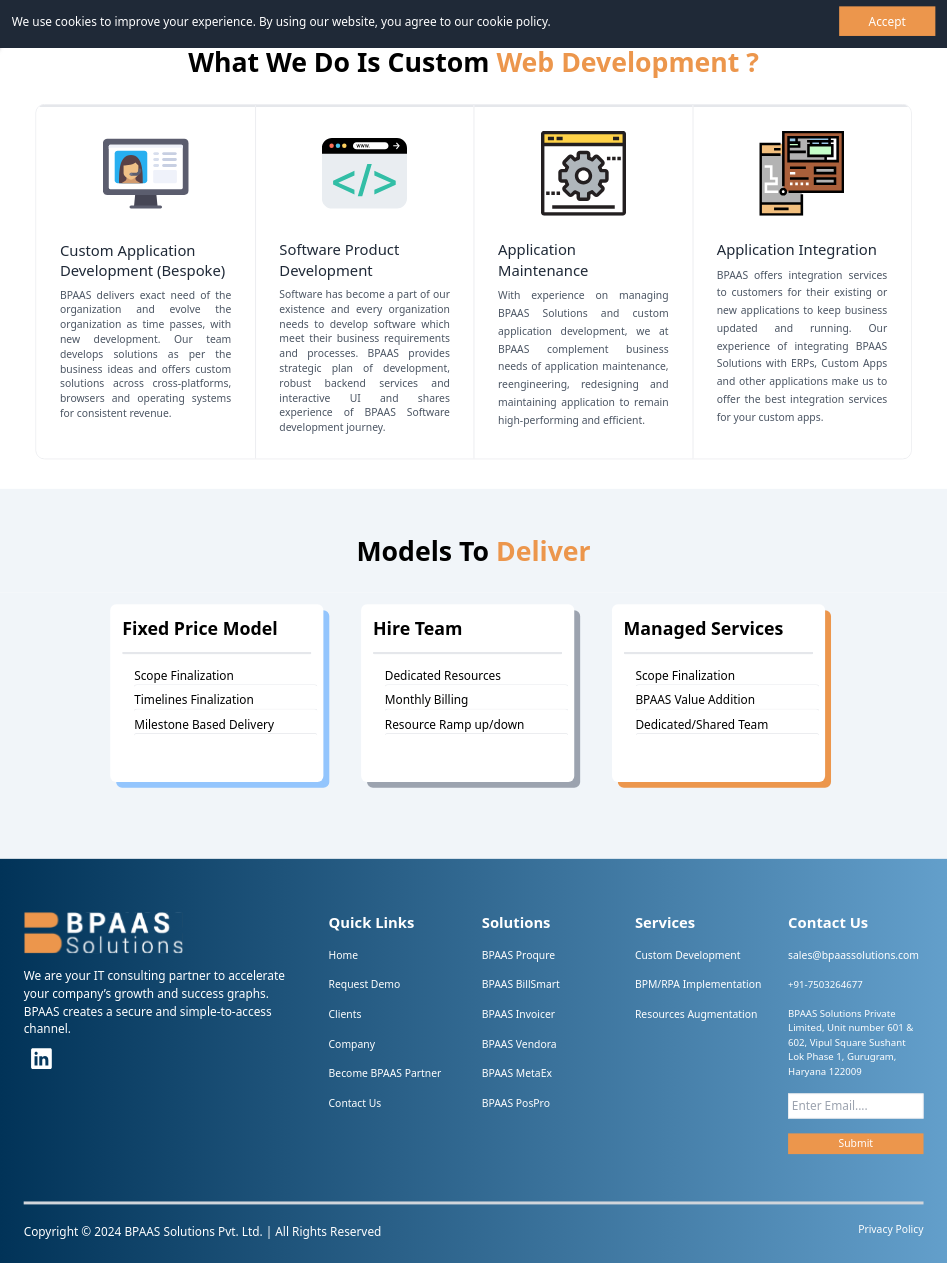
Repository: captainalpha/BP-Website
Page: /services/bp-services
An editor plug-in stored every save of this project. The page is shown before and after the next save, followed by the edit.
The browser window is 1280 px wide. The pictures show the part of the page from y = 656 to 2375 px (the page is 2363 px tall before and 2375 px after), at 74% of full size.
The project was rebuilt for these pictures with package versions that can differ from the ones it lists, and the page was loaded fresh each time. The framework's server and built-in components were replaced by stand-ins that run in the browser. Also part of the build but not shown: next.config.js, components/common/TopBanner.js.

Above is the page before, as saved 2024-08-13 14:27:12.

### pages/_app.js
import Navbar from "../components/common/Navbar";
import "../styles/globals.css";
import Footer from "../components/common/Footer";

import "swiper/css";
import "swiper/css/navigation";
import "swiper/css/pagination";



import { motion, AnimatePresence } from "framer-motion";
import CookiesMain from "../components/common/CookiesMain";

// import styles from './slider.module.scss'
function MyApp({ Component, pageProps, router }) {
  const spring = {
    type: "spring",
    damping: 20,
    stiffness: 100,
    when: "afterChildren",
  };
  return (
    <>
      <div className="z-50 scroll-smooth">
        <Navbar />
      </div>
      <AnimatePresence>
        <div className="page-transition-wrapper">
          <motion.div
            transition={spring}
            key={router.pathname}
            initial={{ y: -300, opacity: 0 }}
            animate={{ y: 0, opacity: 1 }}
            exit={{ y: 300, opacity: 0 }}
            id="page-transition-container"
          >
            <Component {...pageProps} /> <Footer />{" "}
            <CookiesMain/>
          </motion.div>
        </div>
      </AnimatePresence>
    </>
  );
}

export default MyApp;

### pages/services/bp-services.js
import TopBanner from "../../components/common/TopBanner";
import SectionHeader from "../../components/common/SectionHeader";
import TopBanner2 from "../../components/common/TopBanner2";

function BpServices() {
  return (
    <div>
      <TopBanner2
        image={"/images/policy-service2.jpg"}
        title="Services"
        discription="This Privacy Policy explains how we collect, use, disclose, and safeguard your information when you visit our website."
        btnShow={false}
      />
      <SectionHeader title="What we do is Custom " cTitle="Web Development ?" />
      {/* <hr className="pb-2 pt-0 rounded-4xl border-t-4 w-3/5 m-auto" /> */}
      <div className="py-0 overflow-hidden">
        <div className="container m-auto px-6 space-y-8 text-gray-500 md:px-12 pb-10">
          {/* <div>
            <span className="text-gray-600 text-lg font-semibold">Main features</span>
            <h2 className="mt-4 text-2xl text-gray-900 font-bold md:text-4xl">A technology-first approach to payments <br className="lg:block" hidden/> and finance</h2>
        </div> */}

          <div className=" grid border md:gap-0 gap-6  divide-x divide-y rounded-xl overflow-hidden sm:grid-cols-2 lg:divide-y-0 lg:grid-cols-2 xl:grid-cols-4">
            <div className="relative group bg-white transition hover:z-[1] hover:shadow-2xl">
              <div className="relative p-8 space-y-8 border-t-[3px] hover:border-orange">
                <img
                  // src="https://img.freepik.com/free-vector/customer-satisfaction-vector-banner_1325-2767.jpg?w=826"
                  src="/svg/customer-dev.svg"
                  className="w-1/2 mx-auto"
                  width="350"
                  height="350"
                  alt="customer-developement"
                />

                <div className="space-y-2">
                  <h5 className="text-xl text-gray-800 font-medium transition group-hover:text-yellow-600">
                    Custom Application Development (Bespoke)
                  </h5>
                  <p className="text-sm text-gray-600 text-justify font-medium">
                    BPAAS delivers exact need of the organization and evolve the
                    organization as time passes, with new development. Our team
                    develops solutions as per the business ideas and offers
                    custom solutions across cross-platforms, browsers and
                    operating systems for consistent revenue.
                  </p>
                </div>
                {/* <a href="#" className="flex justify-between items-center group-hover:text-yellow-600">
                        <span className="text-sm">Read more</span>
                        <span className="-translate-x-4 opacity-0 text-2xl transition duration-300 group-hover:opacity-100 group-hover:translate-x-0">&RightArrow;</span>
                    </a> */}
              </div>
            </div>
            <div className="relative group bg-white transition hover:z-[1] hover:shadow-2xl">
              <div className="relative p-8 space-y-8 border-t-[3px] hover:border-orange">
                <img
                  // src="https://img.freepik.com/free-vector/customer-satisfaction-vector-banner_1325-2767.jpg?w=826"
                  src="/svg/software-dev.svg"
                  className="w-1/2 mx-auto"
                  width="350"
                  height="350"
                  alt="burger illustration"
                />

                <div className="space-y-2">
                  <h5 className="text-xl text-gray-800 font-medium transition group-hover:text-yellow-600">
                    Software Product Development
                  </h5>
                  <p className="text-sm text-gray-600 text-justify font-medium">
                    Software has become a part of our existence and every
                    organization needs to develop software which meet their
                    business requirements and processes. BPAAS provides
                    strategic plan of development, robust backend services and
                    interactive UI and shares experience of BPAAS Software
                    development journey.
                  </p>
                </div>
                {/* <a href="#" className="flex justify-between items-center group-hover:text-yellow-600">
                        <span className="text-sm">Read more</span>
                        <span className="-translate-x-4 opacity-0 text-2xl transition duration-300 group-hover:opacity-100 group-hover:translate-x-0">&RightArrow;</span>
                    </a> */}
              </div>
            </div>
            <div className="relative group bg-white transition hover:z-[1] hover:shadow-2xl">
              <div className="relative p-8 space-y-8 border-t-[3px] hover:border-orange">
                <img
                  // src="https://img.freepik.com/free-vector/customer-satisfaction-vector-banner_1325-2767.jpg?w=826"
                  src="/svg/application-maintenance.svg"
                  className="w-1/2 mx-auto"
                  width="350"
                  height="350"
                  alt="burger illustration"
                />

                <div className="space-y-2">
                  <h5 className="text-xl text-gray-800 font-medium transition group-hover:text-yellow-600">
                    Application Maintenance
                  </h5>
                  <p className="text-sm text-gray-600 text-justify font-medium leading-6">
                    With experience on managing BPAAS Solutions and custom
                    application development, we at BPAAS complement business
                    needs of application maintenance, reengineering, redesigning
                    and maintaining application to remain high-performing and
                    efficient.
                  </p>
                </div>
                {/* <a href="#" className="flex justify-between items-center group-hover:text-yellow-600">
                        <span className="text-sm">Read more</span>
                        <span className="-translate-x-4 opacity-0 text-2xl transition duration-300 group-hover:opacity-100 group-hover:translate-x-0">&RightArrow;</span>
                    </a> */}
              </div>
            </div>
            <div className="relative group bg-white transition hover:z-[1] hover:shadow-2xl">
              <div className="relative p-8 space-y-8 border-t-[3px] hover:border-orange">
                <img
                  // src="https://img.freepik.com/free-vector/customer-satisfaction-vector-banner_1325-2767.jpg?w=826"
                  src="/svg/app-integration.svg"
                  className="w-1/2 mx-auto "
                  width="350"
                  height="350"
                  alt="app-integration"
                />

                <div className="space-y-2">
                  <h5 className="text-xl text-gray-800 font-medium transition group-hover:text-yellow-600">
                    Application Integration
                  </h5>
                  <p className="text-sm text-gray-600 text-justify font-medium leading-6">
                    BPAAS offers integration services to customers for their
                    existing or new applications to keep business updated and
                    running. Our experience of integrating BPAAS Solutions with
                    ERPs, Custom Apps and other applications make us to offer
                    the best integration services for your custom apps.
                  </p>
                </div>
                {/* <a href="#" className="flex justify-between items-center group-hover:text-yellow-600">
                        <span className="text-sm">Read more</span>
                        <span className="-translate-x-4 opacity-0 text-2xl transition duration-300 group-hover:opacity-100 group-hover:translate-x-0">&RightArrow;</span>
                    </a> */}
              </div>
            </div>
          </div>
        </div>
      </div>

      <div className="bg-slate-100">
        <SectionHeader title="Models to " cTitle=" Deliver" />
        {/* <hr className="pb-2 pt-0 rounded-4xl border-t-4 w-52 m-auto" /> */}
      </div>

      <div className=" bg-slate-100">
        <div className="container mx-auto max-w-5xl">
          <div className="space-y-10 sm:space-y-0 sm:grid sm:grid-cols-2 lg:grid-cols-3 md:gap-10 px-12 pb-12 pt-6 sm:p-6 lg:pb-24 justify-center items-center">
            <div className="relative">
              <div className="bg-blue-300 w-72 h-60 rounded-lg mx-auto">
                <div className="bg-white w-72 h-60 -m-2 hover:m-0 absolute rounded-lg shadow-lg hover:shadow-2xl transition-all duration-150 ease-out hover:ease-in ">
                  <h1 className="m-4 text-lg md:text-2xl font-bold">
                    Fixed Price Model
                  </h1>
                  <hr className="m-4 rounded-2xl border-t-4" />
                  {/* <p className="m-4 text-sm">Lorem Ipsum is slechts een proeftekst uit het drukkerij- en zetterijwezen. Lorem Ipsum is de standaard proeftekst in deze bedrijfstak sinds de 16e eeuw, toen een onbekende drukker een zethaak</p> */}
                  <ul className="list-none hover:list-disc ml-6 px-2">
                    <li className="font-medium">Scope Finalization </li>
                    <hr className="pb-2 rounded-2xl border-t-1" />
                    <li className="font-medium">Timelines Finalization </li>
                    <hr className="pb-2 rounded-2xl border-t-1" />
                    <li className="font-medium">Milestone Based Delivery </li>
                    <hr className="pb-2 rounded-2xl border-t-1" />
                  </ul>
                </div>
              </div>
            </div>

            <div className="relative">
              <div className="bg-gray-400 w-72 h-60 rounded-lg mx-auto">
                <div className="bg-white w-72 h-60 -m-2 hover:m-0 absolute rounded-lg shadow-lg hover:shadow-2xl transition-all duration-150 ease-out hover:ease-in ">
                  <h1 className="m-4 text-lg md:text-2xl font-bold">
                    Hire Team
                  </h1>
                  <hr className="m-4 rounded-2xl border-t-4" />
                  {/* <p className="m-4 text-sm">Lorem Ipsum is slechts een proeftekst uit het drukkerij- en zetterijwezen. Lorem Ipsum is de standaard proeftekst in deze bedrijfstak sinds de 16e eeuw, toen een onbekende drukker een zethaak</p> */}
                  <ul className="list-none hover:list-disc ml-6 px-2">
                    <li className="font-medium">Dedicated Resources </li>
                    <hr className="pb-2 rounded-2xl border-t-1" />
                    <li className="font-medium">Monthly Billing</li>
                    <hr className="pb-2 rounded-2xl border-t-1" />
                    <li className="font-medium">Resource Ramp up/down</li>
                    <hr className="pb-2 rounded-2xl border-t-1" />
                  </ul>
                </div>
              </div>
            </div>

            <div className="relative">
              <div className="bg-orange w-72 h-60 rounded-lg mx-auto">
                <div className="bg-white w-72 h-60 -m-2 hover:m-0 absolute rounded-lg shadow-lg hover:shadow-2xl transition-all duration-150 ease-out hover:ease-in ">
                  <h1 className="m-4 text-lg md:text-2xl font-bold">
                    Managed Services
                  </h1>
                  <hr className="m-4 rounded-2xl border-t-4" />
                  {/* <p className="m-4 text-sm">Lorem Ipsum is slechts een proeftekst uit het drukkerij- en zetterijwezen. Lorem Ipsum is de standaard proeftekst in deze bedrijfstak sinds de 16e eeuw, toen een onbekende drukker een zethaak</p> */}
                  <ul className="list-none hover:list-disc ml-6 px-2">
                    <li className="font-medium">Scope Finalization </li>
                    <hr className="pb-2 rounded-2xl border-t-1" />
                    <li className="font-medium">BPAAS Value Addition</li>
                    <hr className="pb-2 rounded-2xl border-t-1" />
                    <li className="font-medium">Dedicated/Shared Team</li>
                    <hr className="pb-2 rounded-2xl border-t-1" />
                  </ul>
                </div>
              </div>
            </div>
          </div>
        </div>
      </div>
    </div>
  );
}

export default BpServices;

### styles/globals.css
@tailwind base;
@tailwind components;
@tailwind utilities;

.mySwiper {
  padding: 0 3rem;
}
.swiper-button-next {
  color: white;
  font-size: 20px !important;
}
.swiper-button-prev {
  color: white;
  font-size: 20px !important;
}
.swiper-button-prev:after {
  color: white;
  font-size: 20px !important;
}
.swiper-button-next:after {
  color: white;
  font-size: 20px !important;
}
.container-bpaas{
  max-width: 1100px;
}

/* .swiper-button-prev {

  background-image: url("data:[embedded picture, 251 characters]");
} */
.swiper-button-prev:after {

  border: 2px solid white;
  border-radius: 30%;
  /* width: 25%; */
  background: #ec964c;
  padding: 20%;
}
/* .swiper-button-next {
  background-image: url("data:[embedded picture, 251 characters]");
} */
.swiper-button-next:after {

  border: 2px solid white;
  border-radius: 30%;
  /* width: 25%; */
  background: #ec964c;
  padding: 20%;
}

@media only screen and (max-width: 600px) {
  .swiper-button-next:after {
    display: none;
  }
}
@media only screen and (max-width: 600px) {
  .swiper-button-prev:after {
    display: none;
  }
}




/*OEM Modal */
@layer utilities {
  @keyframes modalOpen {
    0% {
      clip-path: polygon(0 0, 0 0, 0 100%, 0 100%);
      opacity: 0;
    }
    100% {
      clip-path: polygon(0 0, 100% 0, 100% 100%, 0 100%);
      opacity: 1;
    }
  }

  @keyframes modalClose {
    0% {
      clip-path: polygon(0 0, 100% 0, 100% 100%, 0 100%);
      opacity: 1;
    }
    100% {
      clip-path: polygon(50% 0, 50% 0, 50% 100%, 50% 100%);
      opacity: 0;
    }
  }

  .animate-modalOpen {
    animation: modalOpen 0.5s forwards;
  }

  .animate-modalClose {
    animation: modalClose 0.5s forwards;
  }

  .custom-aspect-ratio {
    box-shadow: rgba(149, 157, 165, 0.2) 0px 8px 24px;
    aspect-ratio: 3 / 2;
  }
}

### components/common/CookiesMain.js
import { useState, useEffect } from 'react';
import Cookies from 'js-cookie';


const CookiesMain = () => {
    const [showBanner, setShowBanner] = useState(false);

  useEffect(() => {
    const consent = Cookies.get('cookie-consent');
    if (!consent) {
      setShowBanner(true);
    }
  }, []);

  const acceptCookies = () => {
    Cookies.set('cookie-consent', 'true', { expires: 365 });
    setShowBanner(false);
  };

  if (!showBanner) return null;
  return (
    <>

    <div className="fixed bottom-0 left-0 right-0 bg-gray-800 text-white p-4 flex justify-between items-center z-50">
      <span>We use cookies to improve your experience. By using our website, you agree to our cookie policy.</span>
      <button
        onClick={acceptCookies}
        className="bg-orange text-white px-4 md:px-10 py-2"
      >
        Accept
      </button>
    </div>

    </>
  )
}
export default CookiesMain

### components/common/SectionHeader.js
function SectionHeader({ title, discription, cTitle }) {
  return (
    <div className="pt-16 pb-0 px-5  md:px-10    flex flex-col justify-center items-center text-center space-y-3">
      <h1 className="lg:text-4xl text-2xl capitalize font-bold">
        {title}
        <span className="text-orange">{cTitle}</span>
      </h1>
      <p className="text-lg text-orange font-bold font-serif  md:pb-6 ">
        {discription}
      </p>
    </div>
  );
}

export default SectionHeader;

### components/common/TopBanner2.js
import Link from "next/link";
function TopBanner2({ image, title, discription, onClick,btnShow}) {
  return (
    <div
      style={{ backgroundImage: `url(${image})` }}
      className={`lg:h-[80vh] h-[60vh] mt-20 w-full text-white flex p-10 items-center bg-no-repeat bg-cover `}
    >
      <div className="space-y-4 lg:w-1/2  md:text-left">
        <h1 className="lg:text-5xl text-3xl font-bold capitalize ">{title}</h1>
        <p className="w-full lg:text-xl lg:text-justify tracking-tighter">
          {discription}
        </p>
    {btnShow&&(
        <Link passHref href="/request-demo">
          <button className="px-8 py-2  border-white border-2 hover:bg-orange font-medium text-xl">
            Request Demo
          </button>
        </Link>
    )}
      </div>
    </div>
  );
}

export default TopBanner2;

Loaded but not shown: components/common/Navbar.js (726 lines, source omitted); components/common/Footer.js (194 lines, source omitted); tailwind.config.js (61 lines, source omitted)

After the next save:
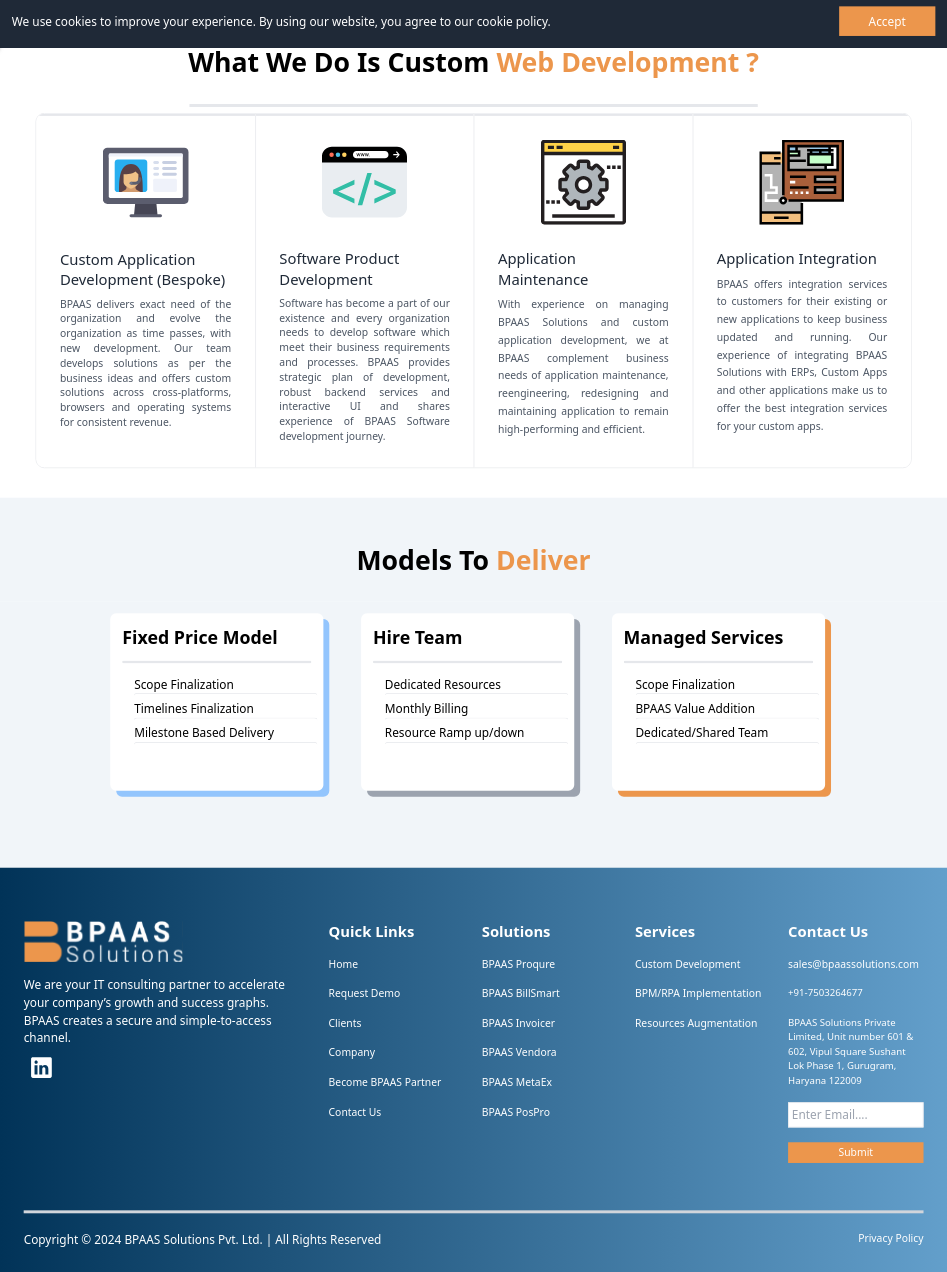
Saved 19 s later.
--- a/pages/services/bp-services.js
+++ b/pages/services/bp-services.js
@@ -12,7 +12,7 @@
         btnShow={false}
       />
       <SectionHeader title="What we do is Custom " cTitle="Web Development ?" />
-      {/* <hr className="pb-2 pt-0 rounded-4xl border-t-4 w-3/5 m-auto" /> */}
+      <hr className="pb-2 pt-0 rounded-4xl border-t-4 w-3/5 m-auto" />
       <div className="py-0 overflow-hidden">
         <div className="container m-auto px-6 space-y-8 text-gray-500 md:px-12 pb-10">
           {/* <div>

After the save that followed:
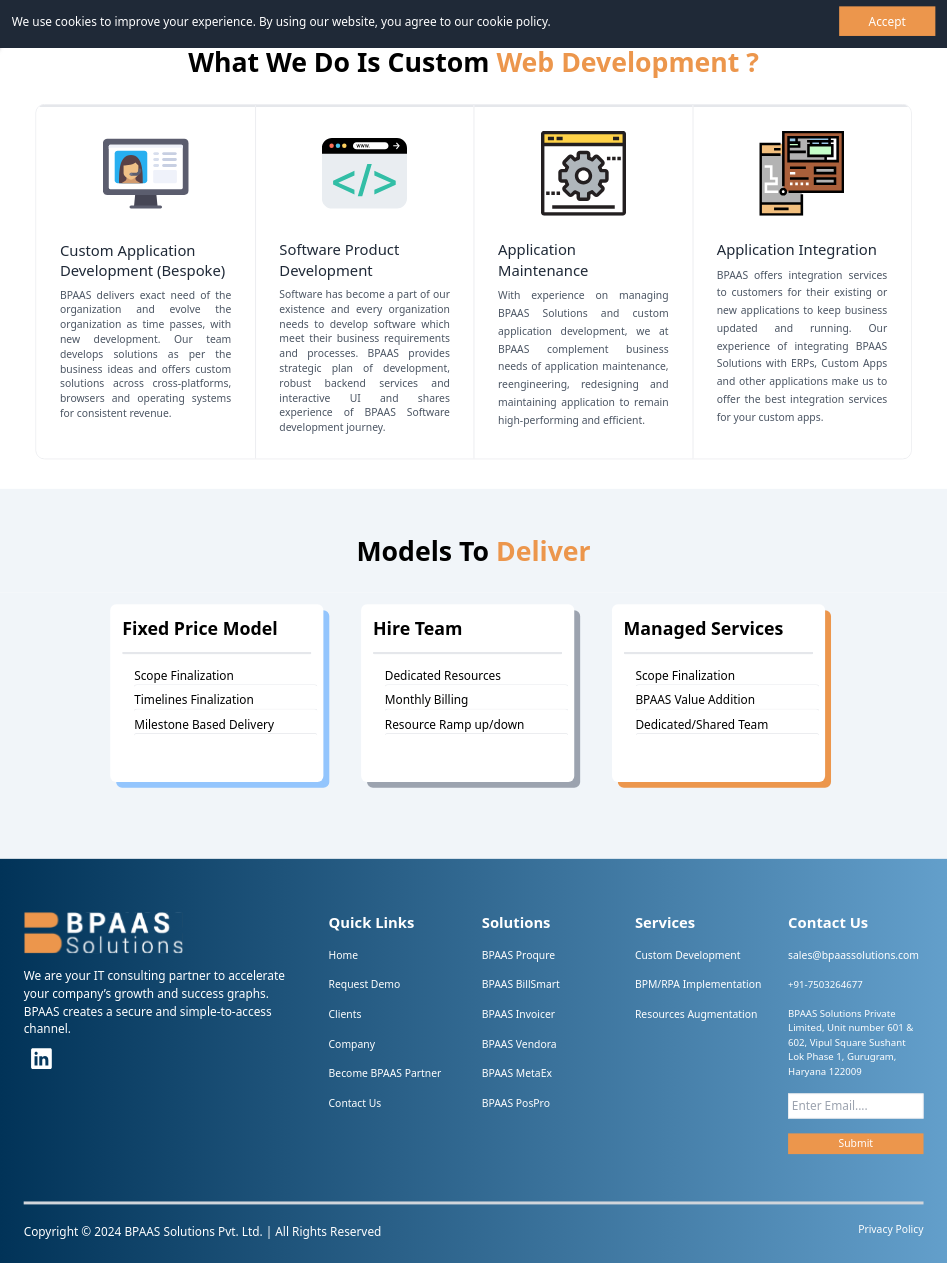
Saved 4 s later.
--- a/pages/services/bp-services.js
+++ b/pages/services/bp-services.js
@@ -12,7 +12,6 @@
         btnShow={false}
       />
       <SectionHeader title="What we do is Custom " cTitle="Web Development ?" />
-      <hr className="pb-2 pt-0 rounded-4xl border-t-4 w-3/5 m-auto" />
       <div className="py-0 overflow-hidden">
         <div className="container m-auto px-6 space-y-8 text-gray-500 md:px-12 pb-10">
           {/* <div>
